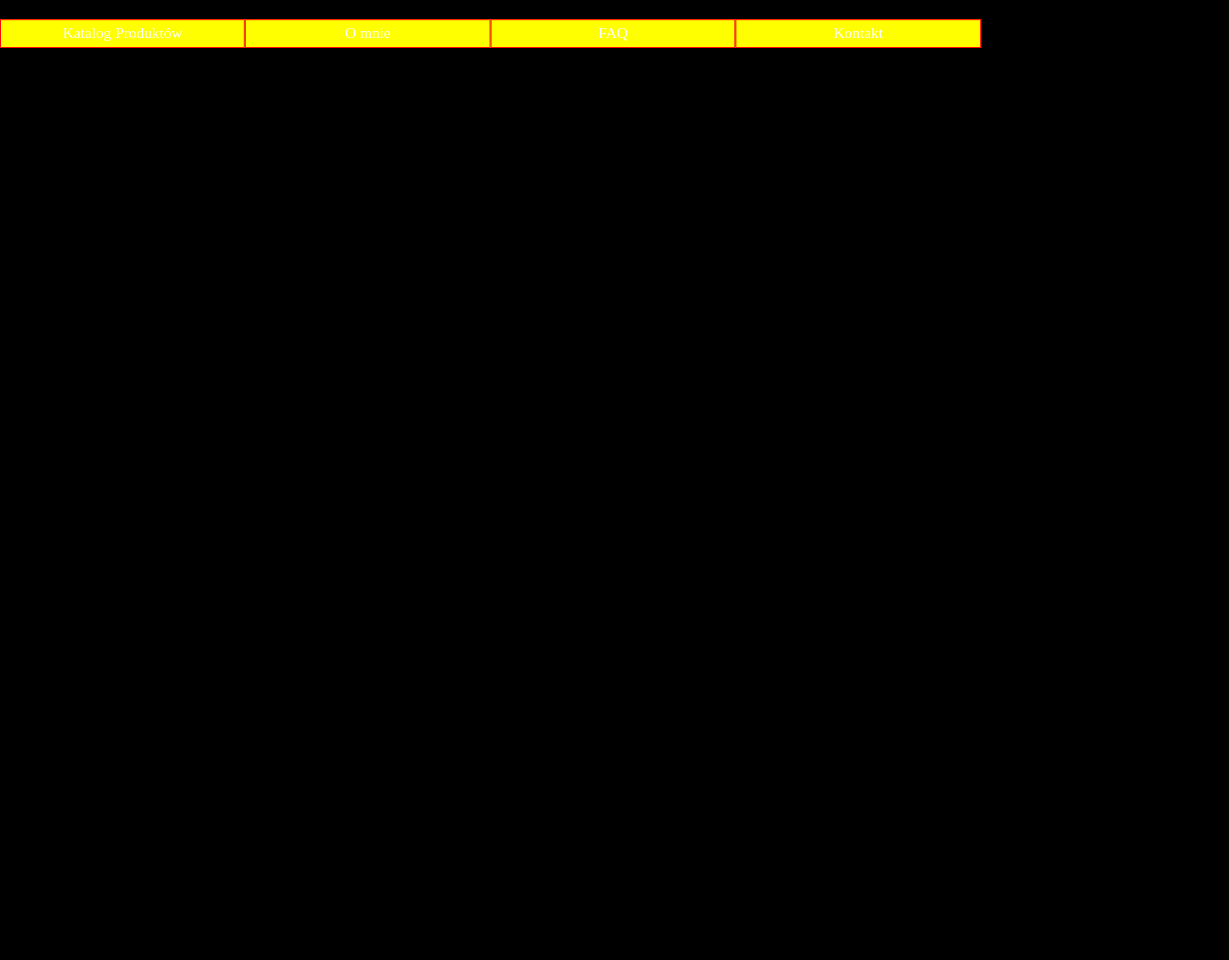
Repository: kowalkos/Rak_projekt
Page: /
An editor plug-in stored every save of this project. The page is shown before and after the next save, followed by the edit.
The browser window is 1280 px wide. The pictures show the whole page, at 96% of full size.
The project was rebuilt for these pictures with package versions that can differ from the ones it lists, and the page was loaded fresh each time.

Above is the page before, as saved 2021-12-15 18:43:29.

After the next save:
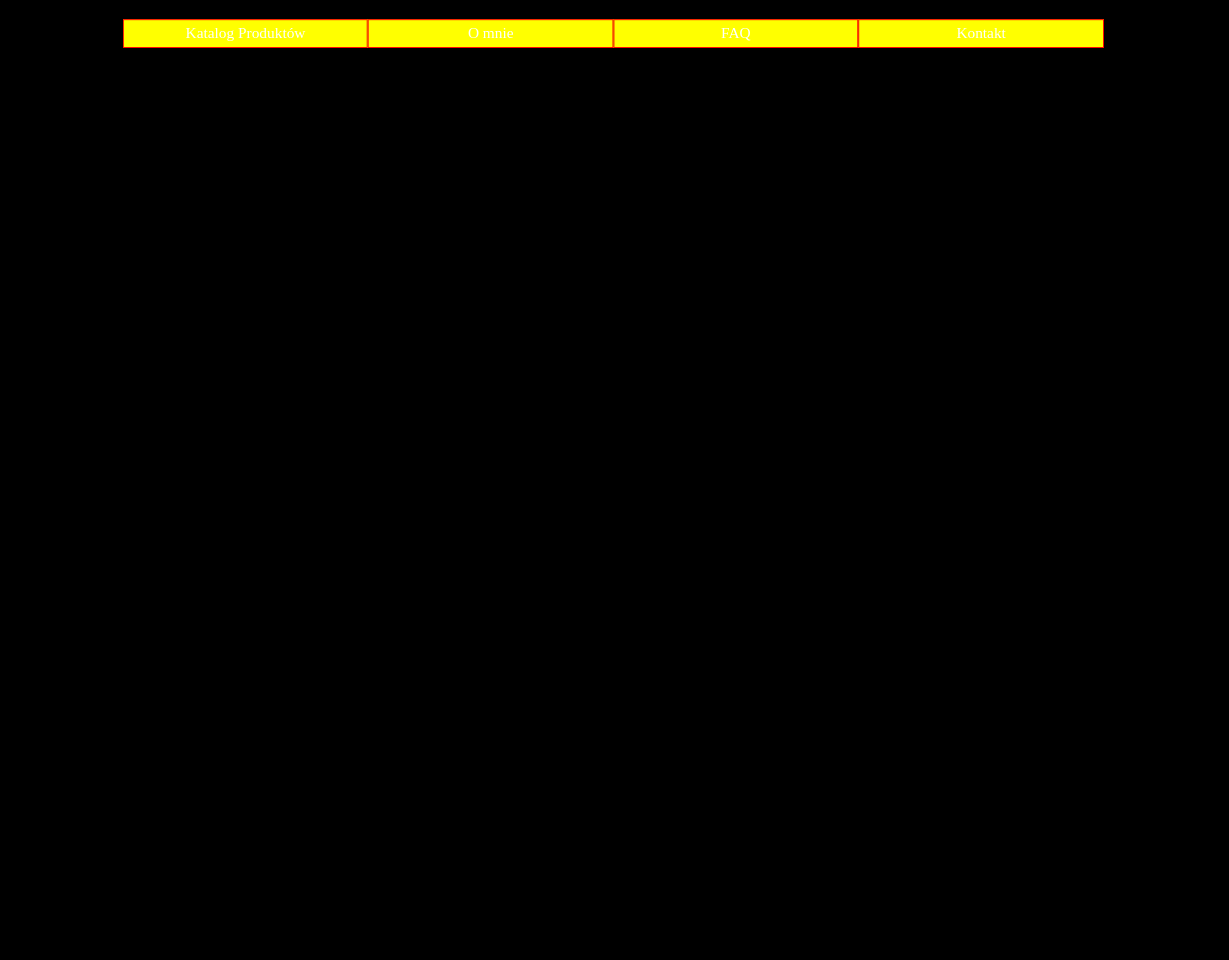
Saved 45 s later.
--- a/src/components/navbar/NavBar.css
+++ b/src/components/navbar/NavBar.css
@@ -4,6 +4,8 @@
     width:80%;
     margin:auto;
     position: fixed;
+    left: 50%;
+    transform: translateX(-50%);
 
 }
 .nav-bar{
